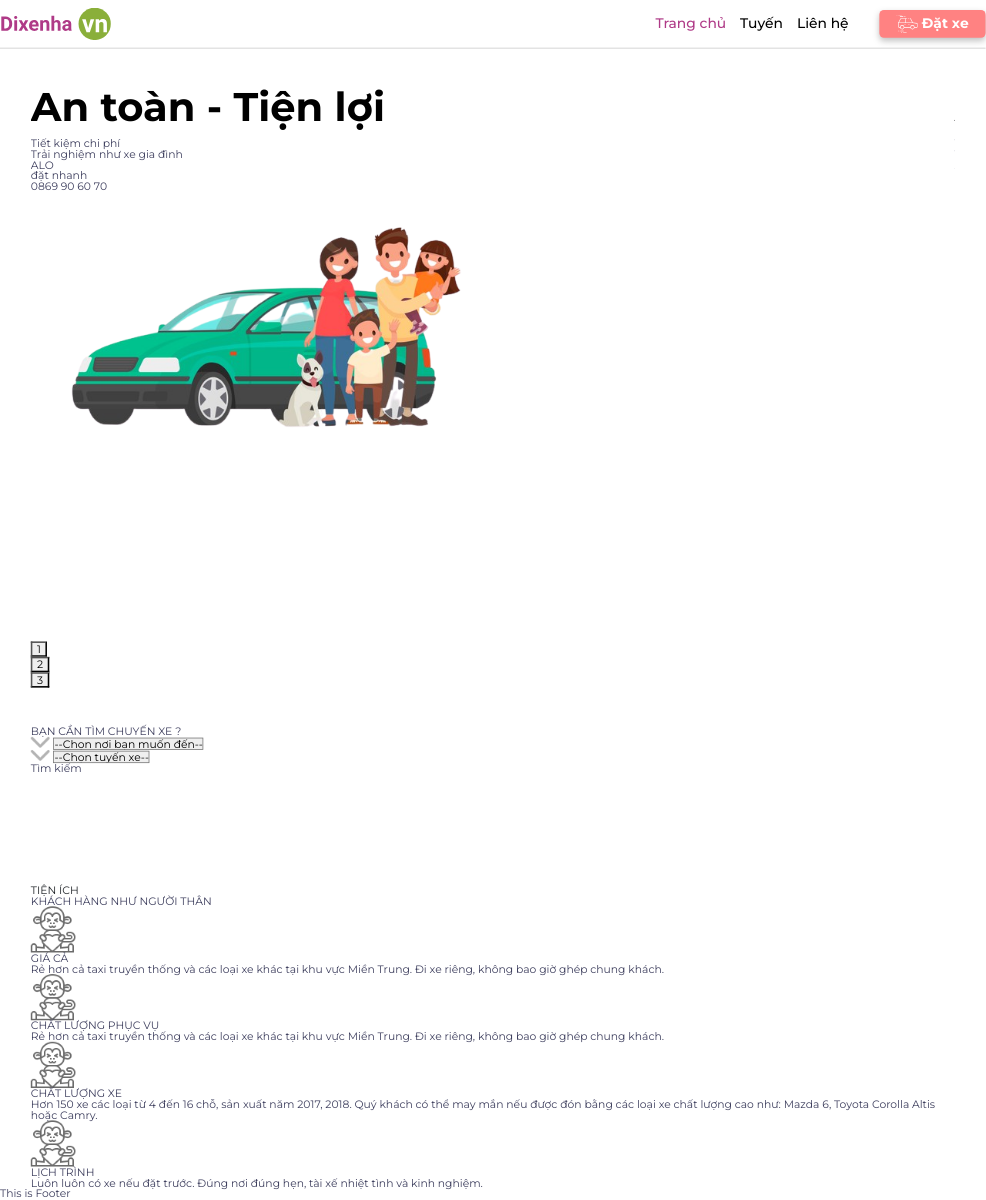
Repository: thanhthien0706/last_project--fe004
Page: lastProductF004/dist/index.html
The author's editor kept a copy of each file at every save. The page is drawn from the files as they stood at one save, then again after the next save.
The browser window is 1280 px wide. The pictures show the whole page, at 77% of full size.
Some web libraries are served in a nearby version. The style sheet was rebuilt from its Sass, Less or Tailwind sources for each picture, by a compiler version that may differ from the author's.

Above is the page before, as saved 2021-09-16 19:26:52.

After the next save:
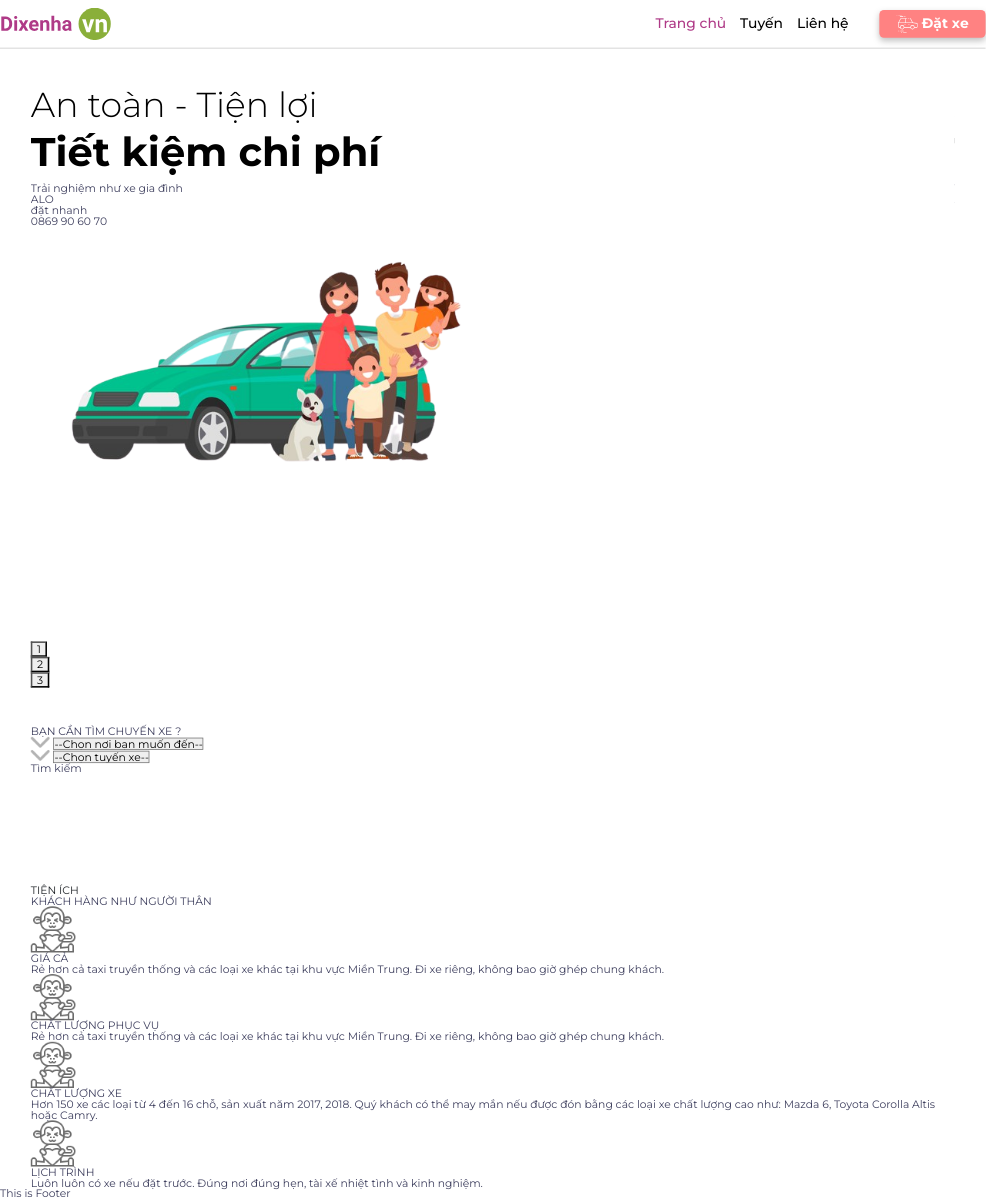
Saved 10 s later.
--- a/lastProductF004/src/styles/pages/_homepage.scss
+++ b/lastProductF004/src/styles/pages/_homepage.scss
@@ -21,7 +21,7 @@ html {
                     color: #000;
                     margin-bottom: 14px;
                 }
-                .slogan_1{
+                .slogan_2{
                     @include font_size(52);
                     font-weight: bold;
                     color: #000;
